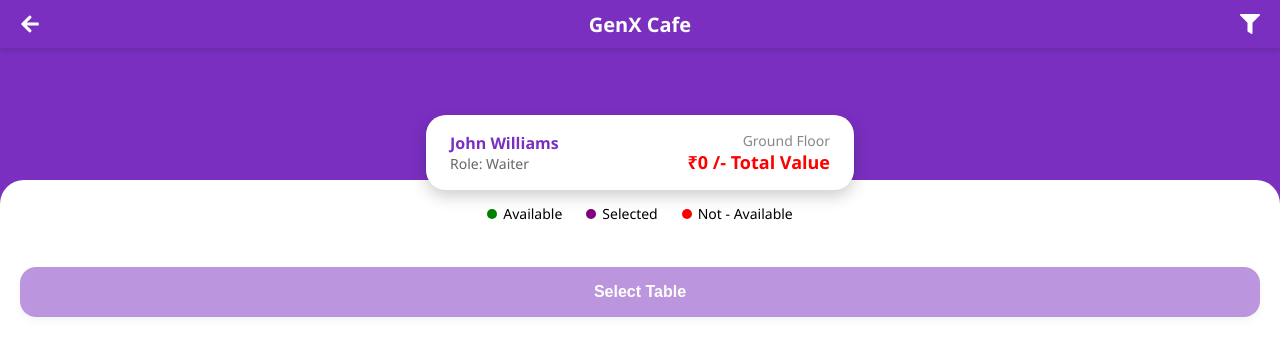
Repository: rajeshwaranslv/sturdy-spork-genx-frontend
Page: /
An editor plug-in stored every save of this project. The page is shown before and after the next save, followed by the edit.
The browser window is 1280 px wide. The pictures show the whole page.
The page's requests for data from a server got no answer. The project was rebuilt for these pictures with package versions that can differ from the ones it lists, and the page was loaded fresh each time. No one was signed in, and anything a server would have sent is missing. Also part of the build but not shown: src/components/MenuSelection.js, src/components/OrderReview.js, src/components/Billing.js, src/components/Success.js.

Above is the page before, as saved 2025-07-18 17:51:23.

### src/App.js
import React from 'react';
import { BrowserRouter as Router, Route, Switch } from 'react-router-dom';
import TableSelection from './components/TableSelection';
import MenuSelection from './components/MenuSelection';
import OrderReview from './components/OrderReview';
import Billing from './components/Billing';
import Success from './components/Success';

export default function App() {
  return (
    <Router>
      <Switch>
        <Route exact path="/" component={TableSelection} />
        <Route path="/menu/:tableId" component={MenuSelection} />
   <Route path="/orders/:orderId" component={OrderReview} />

        <Route path="/billing/:orderId" component={Billing} />
        <Route path="/success" component={Success} />
      </Switch>
    </Router>
  );
}

### src/components/TableSelection.js
import React, { useEffect, useState } from 'react';
import { getTables, getOrder, getFoodItems } from '../services/api';
import { withRouter } from 'react-router-dom';
import { FaArrowLeft, FaFilter } from 'react-icons/fa';
import { Dropdown, Checkbox, Menu } from 'antd';
import './style.css';

function TableSelection({ history }) {
  const [tables, setTables] = useState([]);
  const [selectedTableId, setSelectedTableId] = useState(null);
  const [orders, setOrders] = useState([]);
  const [menu, setMenu] = useState([]);
  const [filter, setFilter] = useState({
    available: true,
    selected: true,
    occupied: true,
  });

  const waiter = {
    name: 'John Williams',
    role: 'Waiter',
    floor: 'Ground Floor',
  };

  useEffect(() => {
    // Fetch all data in parallel
    Promise.all([getTables(), getOrder(), getFoodItems()])
      .then(([tablesRes, ordersRes, menuRes]) => {
        setTables(tablesRes.data);
        setOrders(ordersRes.data);
        setMenu(menuRes.data);
      })
      .catch((err) => console.error('Failed to fetch data', err));
  }, []);

  const handleTableClick = (id, status) => {
    if (status === 'available') {
      setSelectedTableId(id === selectedTableId ? null : id);
    }
  };

  const handleSelectTable = () => {
    if (selectedTableId) {
      history.push(`/menu/${selectedTableId}`);
    }
  };

  // ✅ Calculate Total Order Value
  const totalOrderValue = orders.reduce((total, order) => {
    return (
      total +
      order.items.reduce((sum, item) => {
        const menuItem = menu.find((m) => m.id === item.menuId);
        return sum + (menuItem ? menuItem.price * item.quantity : 0);
      }, 0)
    );
  }, 0);

  // ✅ Filter dropdown menu
  const filterMenu = (
    <Menu>
      <Menu.Item>
        <Checkbox
          checked={filter.available}
          onChange={(e) => setFilter({ ...filter, available: e.target.checked })}
        >
          Available
        </Checkbox>
      </Menu.Item>
      <Menu.Item>
        <Checkbox
          checked={filter.selected}
          onChange={(e) => setFilter({ ...filter, selected: e.target.checked })}
        >
          Selected
        </Checkbox>
      </Menu.Item>
      <Menu.Item>
        <Checkbox
          checked={filter.occupied}
          onChange={(e) => setFilter({ ...filter, occupied: e.target.checked })}
        >
          Not Available
        </Checkbox>
      </Menu.Item>
    </Menu>
  );

  return (
    <div className="container-fluid">
      {/* ✅ Header */}
      <div className="header-bar">
        <FaArrowLeft className="icon" onClick={() => history.goBack()} />
        <h2>GenX Cafe</h2>
        <Dropdown overlay={filterMenu} trigger={['click']}>
          <FaFilter className="icon" style={{ cursor: 'pointer', marginLeft: 'auto' }} />
        </Dropdown>
      </div>

      {/* ✅ Waiter Card */}
      <div className="waiter-card">
        <div className="waiter-left">
          <strong className="waiter-name">{waiter.name}</strong>
          <div className="waiter-role">Role: {waiter.role}</div>
        </div>
        <div className="waiter-right">
          <div className="floor-label">{waiter.floor}</div>
          <div className="orders-count">
            ₹{totalOrderValue.toLocaleString()} /- Total Value
          </div>
        </div>
      </div>

      {/* ✅ Table Section */}
      <div className="table-section">
        <div className="legend-row">
          <div className="legend-item"><span className="legend-dot green" /> Available</div>
          <div className="legend-item"><span className="legend-dot purple" /> Selected</div>
          <div className="legend-item"><span className="legend-dot red" /> Not - Available</div>
        </div>

        <div className="table-grid">
          {tables.map((table) => {
            const isSelected = selectedTableId === table.id;
            const statusClass = isSelected
              ? 'selected'
              : table.status === 'available'
              ? 'available'
              : 'occupied';

            if (
              (statusClass === 'available' && !filter.available) ||
              (statusClass === 'selected' && !filter.selected) ||
              (statusClass === 'occupied' && !filter.occupied)
            ) {
              return null;
            }

            return (
              <button
                key={table.id}
                className={`table-btn ${statusClass}`}
                onClick={() => handleTableClick(table.id, table.status)}
                disabled={table.status === 'occupied'}
              >
                Table {table.id.toString().padStart(2, '0')}
              </button>
            );
          })}
        </div>

        <button
          className="select-btn"
          onClick={handleSelectTable}
          disabled={!selectedTableId}
        >
          Select Table
        </button>
      </div>
    </div>
  );
}

export default withRouter(TableSelection);

### src/services/api.js
import axios from 'axios';

const API = axios.create({
  baseURL: 'http://localhost:3001/',
});

export const getTables = () => API.get('/tables');
export const getTableDetails = (id) => API.get(`/tables/${id}`);
export const getFoodItems = () => API.get('/foodItems');

export const placeOrder = (data) => API.post('/orders', data);
export const updateOrderItemStatus = (id, payload) => API.patch(`/orders/${id}`, payload);
export const getOrder = (id) => API.get(`/orders/${id}`);
export const generateBill = (data) => API.post('/bills', data);

// ✅ NEW: Update table status
export const updateTableStatus = (id, payload) => API.patch(`/tables/${id}`, payload);

### src/components/style.css

*{
  margin: 0;
  padding: 0;
}
.container-fluid {
  position: relative;
  background-color: #7a2fc0;
  /* min-height: 100vh; */
  font-family: 'Segoe UI', sans-serif;
  overflow-x: hidden;
}

/* Header */
.header-bar {
  display: flex;
  justify-content: space-between;
  align-items: center;
  padding: 16px;
  color: white;
  background: #7a2fc0;
  position: sticky;
  top: 0;
  z-index: 10;
}

.header-bar h2 {
  margin: 0;
  font-size: 20px;
}

.icon {
  font-size: 18px;
  cursor: pointer;
}

/* Floating Waiter Card */
.waiter-card {
  position: absolute;
  top: 80px;
  left: 50%;
  transform: translateX(-50%);
  z-index: 20;
  background: white;
  border-radius: 16px;
  box-shadow: 0 6px 12px rgba(0, 0, 0, 0.15);
  padding: 14px 20px;
  width: 90%;
  max-width: 360px;
  display: flex;
  justify-content: space-between;
  align-items: center;
}

.waiter-name {
  color: #7a2fc0;
  font-weight: bold;
}

.waiter-role {
  font-size: 12px;
  color: #777;
}

.floor-label {
  font-weight: bold;
  font-size: 14px;
}

.orders-count {
  font-size: 12px;
  color: #777;
}

.order-red {
  color: red;
  font-weight: bold;
}

/* Main White Rounded Table Section */
.table-section {
  background: white;
  margin-top: 140px; /* space for card to float */
  border-top-left-radius: 24px;
  border-top-right-radius: 24px;
  padding: 90px 16px 24px;
  position: relative;
  z-index: 1;
}

/* Legend */
.legend-row {
  display: flex;
  justify-content: center;
  gap: 24px;
  font-size: 14px;
  margin-bottom: 20px;
  flex-wrap: wrap;
}

.legend-item {
  display: flex;
  align-items: center;
  gap: 6px;
}

.legend-dot {
  width: 10px;
  height: 10px;
  border-radius: 50%;
  display: inline-block;
}

.legend-dot.green {
  background-color: green;
}
.legend-dot.purple {
  background-color: purple;
}
.legend-dot.red {
  background-color: red;
}

/* Table Grid */
.table-grid {
  display: grid;
  grid-template-columns: repeat(auto-fit, minmax(110px, 1fr));
  gap: 14px;
  margin-bottom: 16px;
}

/* Table Buttons */
.table-btn {
  padding: 14px 0;
  border-radius: 14px;
  font-size: 16px;
  font-weight: bold;
  border: 2px solid transparent;
  cursor: pointer;
  text-align: center;
  transition: all 0.2s ease-in-out;
}

.table-btn.available {
  color: green;
  border: 2px solid green;
  background-color: white;
}
.table-btn.available:hover {
  background-color: #f0fff0;
}

.table-btn.selected {
  background-color: #7a2fc0;
  color: white;
  border: 2px solid #7a2fc0;
}

.table-btn.occupied {
  background-color: red;
  color: white;
  cursor: not-allowed;
}

/* Select Button */
.select-btn {
  width: 100%;
  padding: 14px;
  border-radius: 14px;
  background-color: #7a2fc0;
  color: white;
  font-size: 16px;
  font-weight: bold;
  border: none;
  cursor: pointer;
  box-shadow: 0 3px 8px rgba(0, 0, 0, 0.1);
}

.select-btn:disabled {
  opacity: 0.5;
  cursor: not-allowed;
}

.select-btn:hover {
  background-color: #6926b2;
}

/* Responsive */
@media (max-width: 480px) {
  .waiter-card {
    flex-direction: column;
    align-items: flex-start;
    padding: 16px;
    gap: 8px;
  }

  .legend-row {
    gap: 10px;
    font-size: 12px;
  }

  .table-btn {
    font-size: 14px;
    padding: 12px 0;
  }
}
/* Floating Waiter Card */
.waiter-card {
  position: absolute;
  top: 80px;
  left: 50%;
  transform: translateX(-50%);
  z-index: 20;
  background: white;
  border-radius: 16px;
  box-shadow: 0 6px 12px rgba(0, 0, 0, 0.15);
  padding: 14px 20px;
  width: 92%;
  max-width: 380px;
  display: flex;
  justify-content: space-between;
  align-items: center;
  transition: all 0.3s ease-in-out;
}

.waiter-name {
  color: #7a2fc0;
  font-weight: bold;
  font-size: 16px;
}

.waiter-role {
  font-size: 13px;
  color: #777;
}

.floor-label {
  font-weight: bold;
  font-size: 14px;
}

.orders-count {
  font-size: 13px;
  color: #777;
}

.order-red {
  color: red;
  font-weight: bold;
}

/* 💻 Tablet and Desktop View - Wider and Bigger Card */
@media (min-width: 768px) {
  .waiter-card {
    max-width: 640px;
    padding: 20px 32px;
  }

  .waiter-name {
    font-size: 20px;
  }

  .waiter-role,
  .orders-count,
  .floor-label {
    font-size: 16px;
  }
}

/* 🖥️ Larger Screens */
@media (min-width: 1024px) {
  .waiter-card {
    max-width: 800px;
    padding: 24px 40px;
  }

  .waiter-name {
    font-size: 22px;
  }

  .waiter-role,
  .orders-count,
  .floor-label {
    font-size: 18px;
  }
}

### src/components/menu.css
/* Grid Container for Menu Cards */
.table-grid {
  display: grid;
  gap: 16px;
  padding: 0 16px;
  justify-content: center;
}

/* ✅ Responsive Columns */
@media (max-width: 480px) {
  .table-grid {
    grid-template-columns: repeat(2, 1fr); /* Small phones */
  }
}

@media (min-width: 481px) and (max-width: 768px) {
  .table-grid {
    grid-template-columns: repeat(3, 1fr); /* Tablets */
  }
}

@media (min-width: 769px) and (max-width: 1024px) {
  .table-grid {
    grid-template-columns: repeat(4, 1fr); /* Small desktops */
  }
}

@media (min-width: 1025px) {
  .table-grid {
    grid-template-columns: repeat(auto-fit, minmax(160px, 1fr)); /* Large screens */
  }
}

/* Menu Card Styles */
.menu-card {
  padding: 12px;
  border-radius: 12px;
  text-align: center;
  cursor: pointer;
  background: white;
  border: 2px solid green;
  transition: all 0.3s ease;
  min-width: 140px;
}

/* Hover effect */
.menu-card:hover {
  transform: scale(1.03);
  box-shadow: 0 0 12px rgba(122, 47, 192, 0.3);
  border-color: #7a2fc0;
}

/* Selected card */
.menu-card.selected {
  background-color: #7a2fc0;
  color: white;
  border-color: #7a2fc0;
}

.menu-card.selected h4,
.menu-card.selected .desc,
.menu-card.selected p {
  color: white;
}

.menu-card.selected button.mini-btn {
  background-color: white;
  color: #7a2fc0;
}

.menu-card.selected button.mini-btn:hover {
  background-color: #ddd;
  color: #7a2fc0;
}

/* Image in card */
.menu-card img {
  width: 80px;
  height: 80px;
  border-radius: 10px;
  object-fit: cover;
  margin-bottom: 8px;
}

/* Text styles */
.menu-card h4 {
  font-size: 16px;
  color: #333;
  margin-bottom: 4px;
}

.menu-card .desc {
  font-size: 12px;
  color: #777;
  height: 32px;
  overflow: hidden;
  margin-bottom: 6px;
}

/* Add/Remove Button */
.menu-card button.mini-btn {
  background-color: #7a2fc0;
  color: white;
  border: none;
  border-radius: 8px;
  padding: 6px 12px;
  font-size: 13px;
  cursor: pointer;
  margin-top: 6px;
  transition: 0.3s ease;
}

.menu-card button.mini-btn:hover {
  background-color: #6920a4;
}

/* Optional: Table Section Bottom Padding for Button */
.table-section {
  padding-bottom: 80px;
  overflow-x: hidden;
}

### src/components/order.css
/* Container Styling */
.container-fluid {
  display: flex;
  flex-direction: column;
  height: 100vh;
  overflow: hidden;
  background-color: #f6f6f6;
}

/* Header */
.header-bar {
  display: flex;
  justify-content: space-between;
  align-items: center;
  padding: 16px;
  font-size: 20px;
  background: #7a2fc0;
  color: white;
  position: sticky;
  top: 0;
  z-index: 1000;
}

/* Icons in Header */
.icon {
  cursor: pointer;
  font-size: 18px;
  color: white;
}

/* Waiter Card */
.waiter-card {
  display: flex;
  justify-content: space-between;
  background-color: white;

  padding: 1rem 1rem;
  border-radius: 18px;
  box-shadow: 0 4px 12px rgba(0, 0, 0, 0.08);
}

.waiter-left .waiter-name {
  font-size: 16px;
  color: #7a2fc0;
}

.waiter-left .waiter-role {
  font-size: 14px;
  color: #666;
}

.waiter-right .floor-label {
  font-size: 14px;
  color: #888;
  text-align: right;
}

.waiter-right .orders-count {
  font-size: 18px;
  font-weight: bold;
  color: red;
  text-align: right;
}

.order-red {
  color: red;
}

/* Scrollable White Section */
.table-section {
  flex: 1;
  background: white;
  border-radius: 20px 20px 0 0;
  padding-top: 1rem;
  overflow-y: auto;
}

/* Items Ordered Row */
.item-row {
  display: flex;
  justify-content: space-between;
  align-items: center;
  margin: 12px 1rem;
  padding-bottom: 12px;
  border-bottom: 1px solid #eee;
}

/* Item Info */
.item-info p {
  margin-top: 4px;
  color: #666;
}

/* Order Status Toggle */
.item-status {
  text-align: right;
  padding-right: 1rem;
}

/* Switch (Ant Design) customization */
.ant-switch {
  background-color: #ccc;
  height: 22px;
  min-width: 40px;
  box-shadow: inset 0 0 1px rgba(0, 0, 0, 0.2);
  vertical-align: middle;
}

.ant-switch-checked {
  background-color: #7a2fc0 !important;
}

.ant-switch-handle {
  top: 2px;
}

.ant-switch-checked .ant-switch-handle {
  left: calc(100% - 20px);
}

/* Order Status Labels */
.status-label {
  font-size: 13px;
  margin-top: 4px;
  display: block;
}

.status-label.served {
  color: #7a2fc0;
  font-weight: bold;
}

.status-label.ordered {
  color: orange;
  font-weight: bold;
}

/* Button Styling */
.select-btn {
  display: block;
  width: 90%;
  margin: 2rem auto;
  padding: 12px;
  font-size: 16px;
  background-color: #7a2fc0;
  color: white;
  border: none;
  border-radius: 12px;
  box-shadow: 0 4px 10px rgba(0, 0, 0, 0.15);
  cursor: pointer;
  transition: 0.3s;
}

.select-btn:hover {
  background-color: #6821a9;
}

### src/components/billing.css
/* Base Container */
.container-fluid {
  background-color: #7a2fc0;
  min-height: 100vh;
  font-family: 'Segoe UI', sans-serif;
  overflow: hidden;
  display: flex;
  flex-direction: column;
}

/* Header */
.header-bar {
  display: flex;
  justify-content: space-between;
  align-items: center;
  padding: 16px 20px;
  color: white;
  background: #7a2fc0;
  position: sticky;
  top: 0;
  z-index: 10;
}

.header-bar h2 {
  margin: 0;
  font-size: 20px;
}

.icon {
  font-size: 18px;
  cursor: pointer;
}

/* Floating Waiter Card */
.waiter-card {
  position: fixed;
  top: 115px;
  left: 50%;
  transform: translateX(-50%);
  z-index: 99;
  background: white;
  border-radius: 20px;
  box-shadow: 0 6px 16px rgba(0, 0, 0, 0.2);
  padding: 16px 24px;
  width: 92%;
  max-width: 380px;
  display: flex;
  justify-content: space-between;
  align-items: center;
}

.waiter-left {
  display: flex;
  flex-direction: column;
}

.waiter-name {
  color: #7a2fc0;
  font-weight: bold;
  font-size: 16px;
}

.waiter-role {
  font-size: 13px;
  color: #666;
}

.floor-label {
  font-size: 13px;
  font-weight: 500;
  color: #333;
}

.orders-count .order-red {
  color: red;
  font-weight: bold;
  font-size: 16px;
}

/* Scrollable Section */
.table-section {
  margin-top: 180px;
  background-color: white;
  border-top-left-radius: 24px;
  border-top-right-radius: 24px;
  padding: 24px 20px 40px;
  flex: 1;
  overflow-y: auto;
}

/* Section Title */
.table-section h2 {
  font-size: 18px;
  font-weight: bold;
  margin-bottom: 20px;
}

/* Items List */
.order-list {
  list-style: none;
  padding: 0;
  margin: 0;
}
.item-row {
  display: flex;
  justify-content: space-between;
  align-items: center;
  padding: 12px 0;
  border-bottom: 1px solid #eee;
}

.item-info {
  flex: 1;
}

.item-info strong {
  font-size: 15px;
  font-weight: 600;
  color: #222;
}

.item-info p {
  font-size: 13px;
  color: #888;
  margin: 4px 0 0;
}

.item-controls {
  display: flex;
  align-items: center;
  gap: 16px;
  min-width: 160px;
  justify-content: flex-end;
}

.qty-box {
  display: flex;
  align-items: center;
  border: 1px solid rgba(9, 255, 5, 0.564);
  border-radius: 8px;
  padding: 4px 8px;
}



.qty-value {
  font-size: 16px;
  font-weight: 600;
  color: #222;
  margin: 0 6px;
}

.item-price {
  font-size: 16px;
  font-weight: 600;
  color: #222;
  text-align: right;
}


.item-info {
  display: flex;
  flex-direction: column;
}

.item-info strong {
  font-size: 16px;
  margin-bottom: 4px;
}

.item-info p {
  font-size: 14px;
  color: #666;
  margin: 0;
}

/* Quantity Controls */
.qty-controls {
  display: flex;
  align-items: center;
  gap: 12px;
}



.qty-btn:hover {
  background-color: rgba(11, 255, 6, 0.173);
}

.qty-controls span {
  font-size: 16px;
  font-weight: bold;
  min-width: 24px;
  text-align: center;
}

/* Invoice Summary */
.invoice-summary {
  background-color: #f9f9f9;
  padding: 20px;
  margin-top: 32px;
  border-radius: 16px;
  box-shadow: 0 -2px 6px rgba(0, 0, 0, 0.05);
}

.invoice-summary p {
  margin: 8px 0;
  font-size: 15px;
}

.invoice-summary p:first-child {
  margin-bottom: 16px;
  font-size: 18px;
  font-weight: bold;
}

.invoice-summary p:last-child {
  font-size: 18px;
  font-weight: bold;
  color: #333;
}

/* Footer Button */
.select-btn {
  width: 100%;
  margin-top: 24px;
  padding: 16px;
  font-size: 16px;
  font-weight: bold;
  background-color: #7a2fc0;
  color: white;
  border: none;
  border-radius: 16px;
  cursor: pointer;
  box-shadow: 0 3px 8px rgba(0, 0, 0, 0.1);
}

.select-btn:hover {
  background-color: #6926b2;
}
.qty-controls {
  display: flex;
  align-items: center;
  gap: 12px;
}

.qty-btn {
 background-color:white;
  color: rgba(9, 255, 5, 0.564);
  border: none;


  font-size: 20px;
  font-weight: bold;
  cursor: pointer;
  display: flex;
  align-items: center;
  justify-content: center;
  transition: background-color 0.2s ease;
}

.qty-btn:hover {
  background-color: rgba(255, 255, 255, 0.564);
}

.qty-input {
  width: 52px;
  height: 36px;
  border: none;
  border-radius: 8px;
  text-align: center;
  font-size: 16px;
  font-weight: bold;
  color: #333;
  outline: none;
  background-color: white;
  appearance: textfield;
  overflow: hidden;
  text-overflow: ellipsis;
}

.qty-input::-webkit-outer-spin-button,
.qty-input::-webkit-inner-spin-button {
  -webkit-appearance: none;
  margin: 0;
}

### src/components/success.css
/* Container for Success Page */
.success-page {
  min-height: 100vh;
  display: flex;
  flex-direction: column;
  padding-top: 70px; /* space for header */
  align-items: center;
  justify-content: center;
  background-color: #f8f8f8;
  position: relative;
  text-align: center;
  box-sizing: border-box;
}

/* Header Bar */
.header-bar {
  position: fixed;
  top: 0;
  left: 0;
  right: 0;
  background: #7a2fc0;
  color: white ;
  display: flex;
  justify-content: space-between;
  align-items: center;
  padding: 14px 20px;
  z-index: 1000;
  box-shadow: 0 2px 6px rgba(0, 0, 0, 0.15);
}

.header-bar h2 {
  position: absolute;
  left: 50%;
  transform: translateX(-50%);
  margin: 0;
  font-size: 20px;
   color: white !important ;

}

.icon {
  color: white;
  font-size: 20px;
  cursor: pointer;
  z-index: 10;
}

/* Checkmark Animation */
.checkmark-circle {
  width: 160px;
  height: 160px;
  background-color: #7a2fc0;
  border-radius: 50%;
  display: flex;
  align-items: center;
  justify-content: center;
  margin: 40px auto 20px;
  animation: popCircle 0.5s ease-out;
}

.checkmark {
  width: 30px;
  height: 60px;
  border-right: 6px solid white;
  border-bottom: 6px solid white;
  transform: rotate(45deg) scale(0);
  animation: drawCheck 0.4s 0.3s ease forwards;
}

@keyframes popCircle {
  0% {
    transform: scale(0.7);
    opacity: 0;
  }
  100% {
    transform: scale(1);
    opacity: 1;
  }
}

@keyframes drawCheck {
  to {
    transform: rotate(45deg) scale(1);
  }
}

/* Success Message */
.success-page h2 {
  font-size: 18px;
  margin-top: 12px;
  color: #000000;
}

/* Fixed Bottom Button */
.footer-btn {
  width: 100%;
  padding: 14px;
  margin-top: 1rem;
  border-radius: 14px;
  background-color: #7a2fc0;
  color: white;
  font-size: 16px;
  font-weight: bold;
  border: none;
  cursor: pointer;
  box-shadow: 0 3px 8px rgba(0, 0, 0, 0.1);
}

Loaded but not shown: public/index.html (common file); src/index.js (common file)

After the next save:
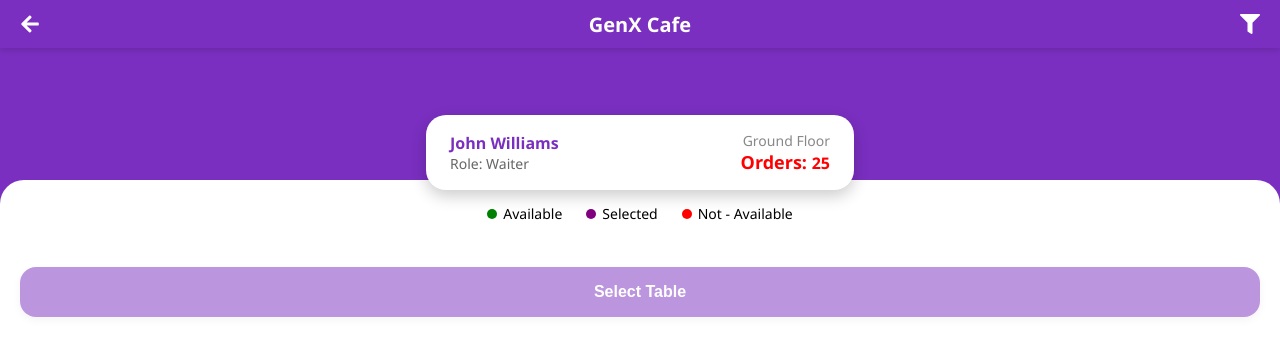
Saved 44 s later.
--- a/src/components/TableSelection.js
+++ b/src/components/TableSelection.js
@@ -1,5 +1,5 @@
 import React, { useEffect, useState } from 'react';
-import { getTables, getOrder, getFoodItems } from '../services/api';
+import { getTables } from '../services/api';
 import { withRouter } from 'react-router-dom';
 import { FaArrowLeft, FaFilter } from 'react-icons/fa';
 import { Dropdown, Checkbox, Menu } from 'antd';
@@ -8,8 +8,6 @@ import './style.css';
 function TableSelection({ history }) {
   const [tables, setTables] = useState([]);
   const [selectedTableId, setSelectedTableId] = useState(null);
-  const [orders, setOrders] = useState([]);
-  const [menu, setMenu] = useState([]);
   const [filter, setFilter] = useState({
     available: true,
     selected: true,
@@ -20,17 +18,13 @@ function TableSelection({ history }) {
     name: 'John Williams',
     role: 'Waiter',
     floor: 'Ground Floor',
+    orders: 25,
   };
 
   useEffect(() => {
-    // Fetch all data in parallel
-    Promise.all([getTables(), getOrder(), getFoodItems()])
-      .then(([tablesRes, ordersRes, menuRes]) => {
-        setTables(tablesRes.data);
-        setOrders(ordersRes.data);
-        setMenu(menuRes.data);
-      })
-      .catch((err) => console.error('Failed to fetch data', err));
+    getTables()
+      .then((res) => setTables(res.data))
+      .catch((err) => console.error('Failed to fetch tables', err));
   }, []);
 
   const handleTableClick = (id, status) => {
@@ -44,17 +38,6 @@ function TableSelection({ history }) {
       history.push(`/menu/${selectedTableId}`);
     }
   };
-
-  // ✅ Calculate Total Order Value
-  const totalOrderValue = orders.reduce((total, order) => {
-    return (
-      total +
-      order.items.reduce((sum, item) => {
-        const menuItem = menu.find((m) => m.id === item.menuId);
-        return sum + (menuItem ? menuItem.price * item.quantity : 0);
-      }, 0)
-    );
-  }, 0);
 
   // ✅ Filter dropdown menu
   const filterMenu = (
@@ -97,7 +80,7 @@ function TableSelection({ history }) {
         </Dropdown>
       </div>
 
-      {/* ✅ Waiter Card */}
+      {/* ✅ Floating Waiter Card */}
       <div className="waiter-card">
         <div className="waiter-left">
           <strong className="waiter-name">{waiter.name}</strong>
@@ -106,12 +89,12 @@ function TableSelection({ history }) {
         <div className="waiter-right">
           <div className="floor-label">{waiter.floor}</div>
           <div className="orders-count">
-            ₹{totalOrderValue.toLocaleString()} /- Total Value
+            Orders: <span className="order-red">{waiter.orders}</span>
           </div>
         </div>
       </div>
 
-      {/* ✅ Table Section */}
+      {/* ✅ White Rounded Container */}
       <div className="table-section">
         <div className="legend-row">
           <div className="legend-item"><span className="legend-dot green" /> Available</div>
@@ -128,6 +111,7 @@ function TableSelection({ history }) {
               ? 'available'
               : 'occupied';
 
+            // ✅ Filtering Logic
             if (
               (statusClass === 'available' && !filter.available) ||
               (statusClass === 'selected' && !filter.selected) ||
